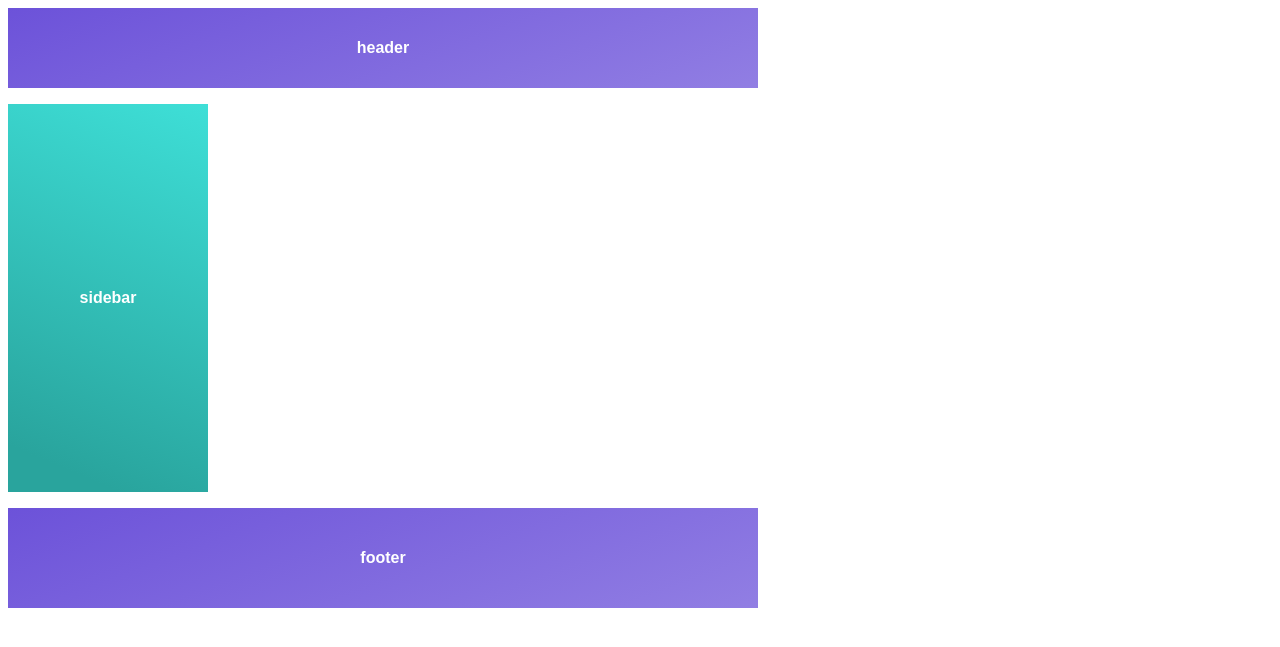
Repository: mariocapitbrok/css-grid
Page: 2_basicLayout/index.html
These files come from the project's save history. The page is drawn as it stood at one moment and after the next save; the edit follows.
The browser window is 1280 px wide. The pictures show the whole page.

Above is the page before, as saved 2022-12-30 14:18:38.

After the next save:
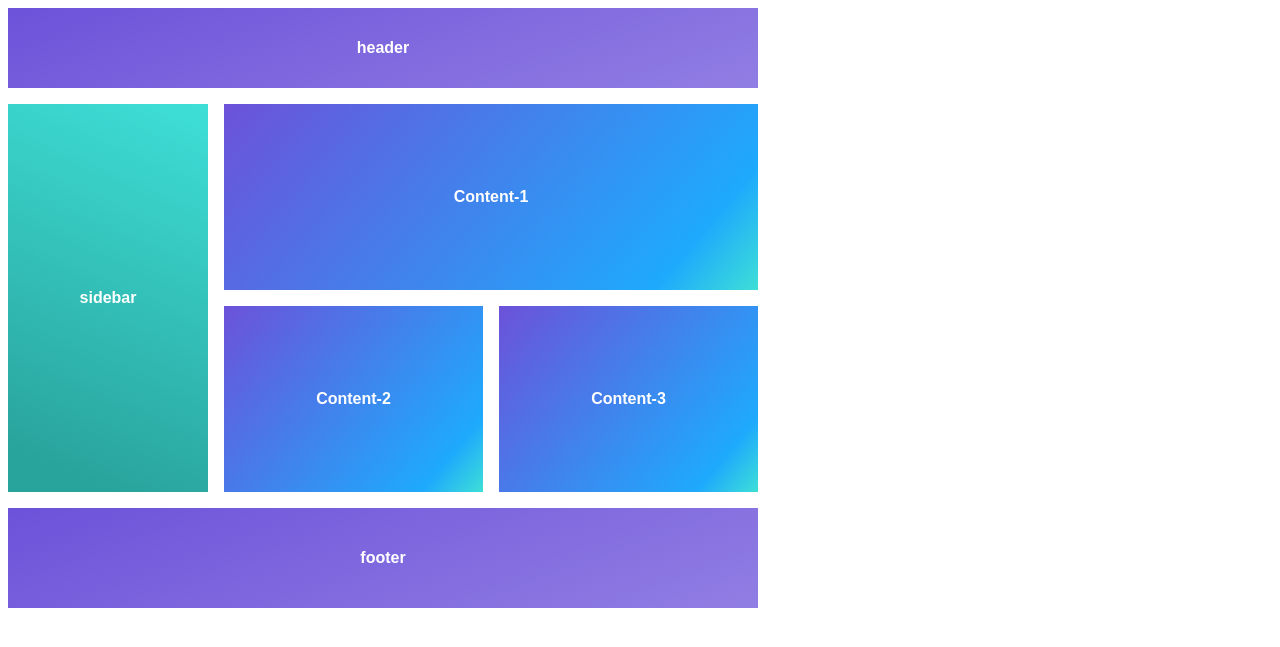
Saved 26 s later.
--- a/2_basicLayout/styles.css
+++ b/2_basicLayout/styles.css
@@ -35,16 +35,28 @@ body {
 .content-1 {
   grid-column: 2 / 4;
   grid-row: 2 / 3;
+  display: flex;
+  justify-content: center;
+  align-items: center;
+  background-image: linear-gradient(130deg,#6c52d9,#1eaafc 85%,#3edfd7);
 }
 
 .content-2 {
   grid-column: 2 / 3;
   grid-row: 3 / 4;
+  display: flex;
+  justify-content: center;
+  align-items: center;
+  background-image: linear-gradient(130deg,#6c52d9,#1eaafc 85%,#3edfd7);
 }
 
 .content-3 {
   grid-column: 3 / 4;
   grid-row: 3 / 4;
+  display: flex;
+  justify-content: center;
+  align-items: center;
+  background-image: linear-gradient(130deg,#6c52d9,#1eaafc 85%,#3edfd7);
 }
 
 .footer {
